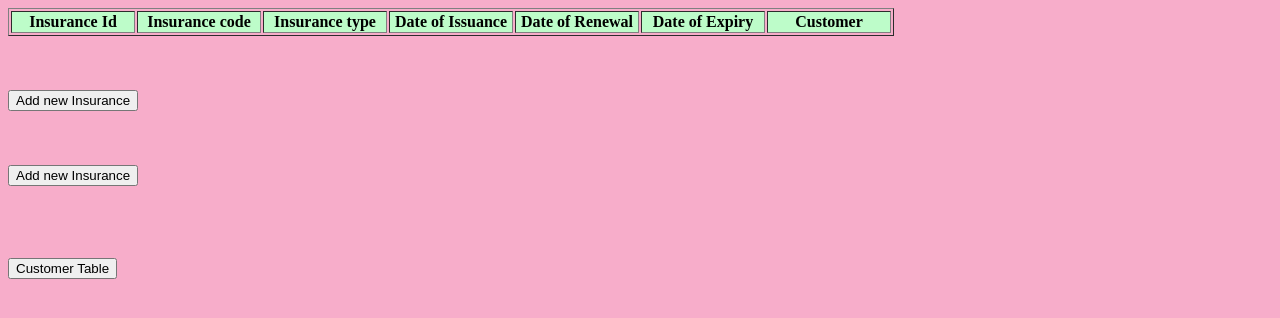
Repository: ankitasha/HomeProject
Page: http://localhost/insurance/WEB-INF/views/allinsurance.jsp
The author's editor kept a copy of each file at every save. The page is drawn from the files as they stood at one save, then again after the next save.
The browser window is 1280 px wide. The pictures show the whole page.
The page is served by Tomcat 9. Nobody is signed in. The template is opened directly, without the code that normally fills it, so the values that code supplies are empty.

Above is the page before, as saved 2017-05-05 12:49:35.

After the next save:
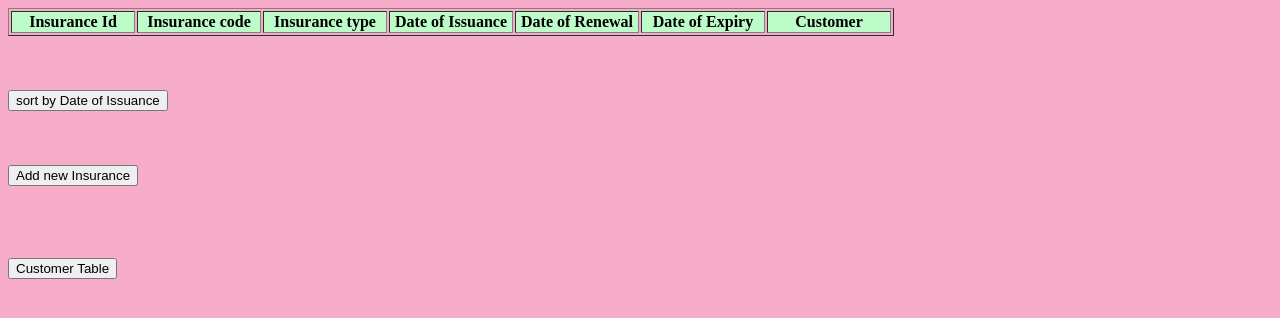
Saved 30 s later.
--- a/insurance/src/main/webapp/WEB-INF/views/allinsurance.jsp
+++ b/insurance/src/main/webapp/WEB-INF/views/allinsurance.jsp
@@ -69,7 +69,7 @@
     <br>
     <br>
     <form method="get" action="sortInsuranceByDateOfIssuance">
-    	<button id="addnew" type="submit">Add new Insurance</button>
+    	<button id="sortInsuranceByDateOfIssuance" type="submit">sort by Date of Issuance</button>
     </form>
     <br>
     <br>
